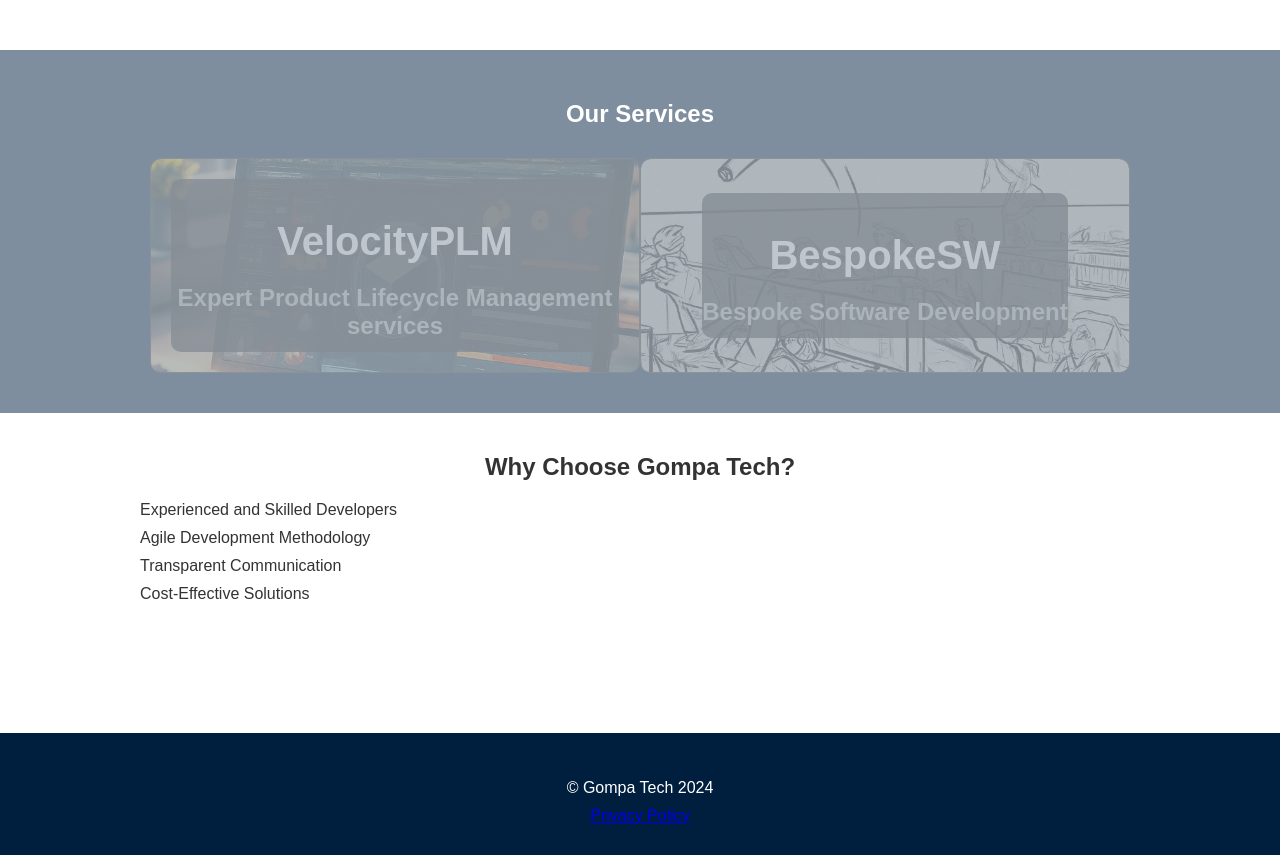
Repository: gompatech/website
Page: d3/index.html
The author's editor kept a copy of each file at every save. The page is drawn from the files as they stood at one save, then again after the next save.
The browser window is 1280 px wide. The pictures show the part of the page from y = 257 to 1112 px (the page is 1112 px tall).

Above is the page before, as saved 2024-07-24 21:49:55.

### d3/index.html
<!DOCTYPE html>
<html lang="en">
<head>
  <meta charset="UTF-8">
  <meta name="viewport" content="width=device-width, initial-scale=1.0">
  <title>Gompa Tech - Software Development Solutions</title>
  <link rel="stylesheet" href="./style.css">
</head>
<body>
  <header class="navy-bg">
    <div class="container">
      <a href="#" class="logo">Gompa Tech</a>
      <nav>
        <ul>
          <li><a href="#">Home</a></li>
          <li><a href="#">Services</a></li>
          <li><a href="#">About Us</a></li>
          <li><a href="#">Contact</a></li>
        </ul>
      </nav>
    </div>
  </header>

  <main>
    <section class="hero">
      <div class="container">
        <h1>Empowering Your Business with Innovative Software Solutions</h1>
        <p>We specialize in bespoke software development Product Lifecycle Managment software services.</p>
        <a href="#" class="button">Get a Free Quote</a>
        <img src="images/hero-bg.jpg" alt="Code Background Image" class="hero-img">
      </div>
    </section>

    <section class="services navy-bg">
      <div class="container">
        <h2>Our Services</h2>
          <div class="services">
            <div class="services-container">
                <div class="text-content">
                    <h1>VelocityPLM</h1>
                    <h2>Expert Product Lifecycle Management services</h2>
                </div>
                <img src="./images/vPLMold.jpg" alt="VelocityPLM Old" class="active">
                <img src="./images/vPLMnew.jpg" alt="VelocityPLM New" class="inactive">
            </div>
            <div class="services-container">
                <div class="text-content">
                    <h1>BespokeSW</h1>
                    <h2>Bespoke Software Development</h2>
                </div>
                <img src="./images/vPLMold.jpg" alt="VelocityPLM Old" class="active">
                <img src="./images/vPLMnew.jpg" alt="VelocityPLM New" class="inactive">
            </div>
        </div>
      </div>
    </section>

    <section class="benefits">
      <div class="container">
        <h2>Why Choose Gompa Tech?</h2>
        <ul>
          <li>Experienced and Skilled Developers</li>
          <li>Agile Development Methodology</li>
          <li>Transparent Communication</li>
          <li>Cost-Effective Solutions</li>
        </ul>
      </div>
    </section>
  </main>

  <footer class="navy-bg">
    <div class="container">
      <p>&copy; Gompa Tech 2024</p>
      <a href="#">Privacy Policy</a>
    </div>
  </footer>
</body>

<style>
  .services {
      font-family: Arial, sans-serif;
      margin: 0;
      padding: 0;
      display: flex;
      flex-wrap: wrap;
      justify-content: center;
      align-items: stretch;
     /*
      background-color: #121212;
      color: #ffffff;
      padding: 5px;
      */
      background-color: #001F3F;  /* Navy blue */
      color: #fff;
      padding: 10px;
      opacity: 0.5;
  }
  .services-container {
      width: 50%;
      padding: 20px;
      border: 1px solid #333;
      border-radius: 10px;
      background-color: #1e1e1e;
      box-sizing: border-box;
      display: flex;
      flex-direction: column;
      align-items: center;
      justify-content: center;
      position: relative;
      overflow: hidden;
      opacity: 1.0;
  }
  .services-container img {
      width: 100%;
      height: auto;
      max-height: 300px;
      object-fit: cover;
      border-radius: 10px;
      position: absolute;
      top: 0;
      left: 0;
      opacity: 0;
      transition: opacity 1s ease-in-out;
  }
  .services-container img.active {
      opacity: 1;
      z-index: 1;
  }
  .services-container img.inactive {
      z-index: 0;
  }
  .text-content {
      position: relative;
      z-index: 2;
      text-align: center;
      padding-top: 20px;
      background: rgba(30, 30, 30, 0.8);
      border-radius: 10px;
  }
  .services-container h1 {
      font-size: 2.5em;
      margin: 0.5em 0;
  }
  .services-container h2 {
      font-size: 1.5em;
      margin: 0.5em 0;
      color: #b3b3b3;
  }
  @media (max-width: 600px) {
      .services-container {
          width: 100%;
      }
      .services-container h1 {
          font-size: 2em;
      }
      .services-container h2 {
          font-size: 1.2em;
      }
  }
</style>

<script>
  let currentIndex = 0;
  const images = document.querySelectorAll('.services-container img');

  function showNextImage() {
      images[currentIndex].classList.remove('active');
      images[currentIndex].classList.add('inactive');
      currentIndex = (currentIndex + 1) % images.length;
      images[currentIndex].classList.remove('inactive');
      images[currentIndex].classList.add('active');
  }

  setInterval(showNextImage, 3000);
</script>

</html>

### d3/style.css
/* Basic styles */
body {
  font-family: sans-serif;
  margin: 0;
  padding: 0;
}

.container {
  max-width: 1000px;
  margin: 0 auto;
  padding: 20px;
}

/* Header */
header {
  background-color: #001F3F;  /* Navy blue */
  color: #fff;
  padding: 10px 0;
}

.logo {
  font-size: 2em;
  font-weight: bold;
  text-decoration: none;
  color: #fff;
}

nav {
  float: right;
}

nav ul {
  list-style: none;
  margin: 0;
  padding: 0;
}

nav li {
  display: inline-block;
  margin-left: 20px;
}

nav a {
  color: #fff;
  text-decoration: none;
  padding: 5px 10px;
}

nav a:hover {
  background-color: #2F4F4F; /* Darker navy blue on hover */
  transition: background-color 0.3s ease;
}

/* Main content */
main {
  padding-bottom: 50px;
  color: #333;
}

section {
  margin-bottom: 50px;
}

h1, h2 {
  text-align: center;
  margin-bottom: 20px;
}

.hero {
  position: relative;
}

.hero-img {
  position: absolute;
  top: 0;
  left: 0;
  width: 100%;
  height: 100%;
  opacity: 0.3; /* Set the transparency level for the background image */
}

.service-card {
  display: flex;
  align-items: center;
  margin-bottom: 20px;
  padding: 20px;
  border: 1px solid #ddd;
  border-radius: 5px;
}

.service-card img {
  width: 100px;
  margin-right: 20px;
}

.benefits ul {
  list-style: none;
  margin: 0;
  padding: 0;
}

.benefits li {
  margin-bottom: 10px;
}

/* Footer */
footer {
  background-color: #001F3F;
  color: #fff;
  padding: 10px 0;
  text-align: center;
}

footer p {
  margin-bottom: 10px;
}

After the next save:
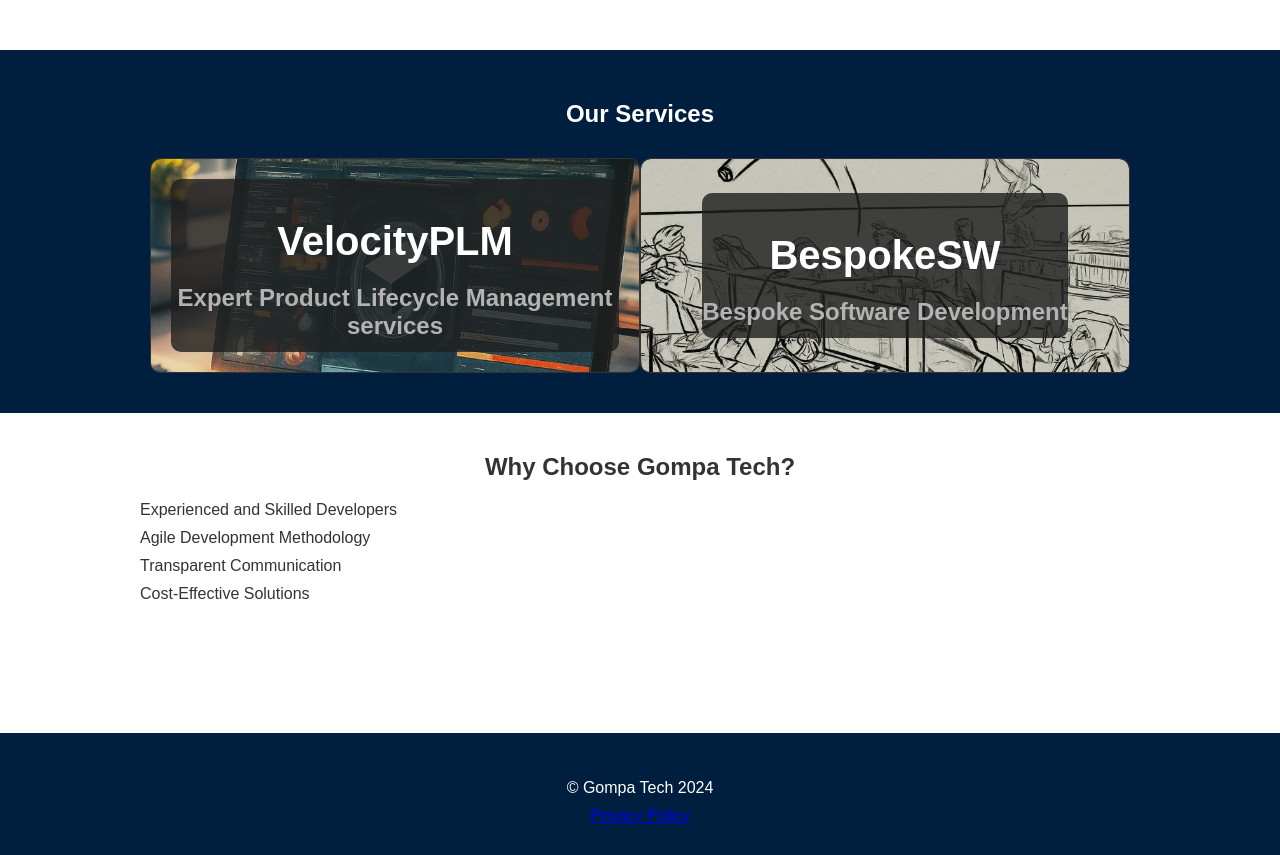
Saved 2 min 12 s later.
--- a/d3/index.html
+++ b/d3/index.html
@@ -93,7 +93,6 @@
       background-color: #001F3F;  /* Navy blue */
       color: #fff;
       padding: 10px;
-      opacity: 0.5;
   }
   .services-container {
       width: 50%;
@@ -108,7 +107,6 @@
       justify-content: center;
       position: relative;
       overflow: hidden;
-      opacity: 1.0;
   }
   .services-container img {
       width: 100%;
